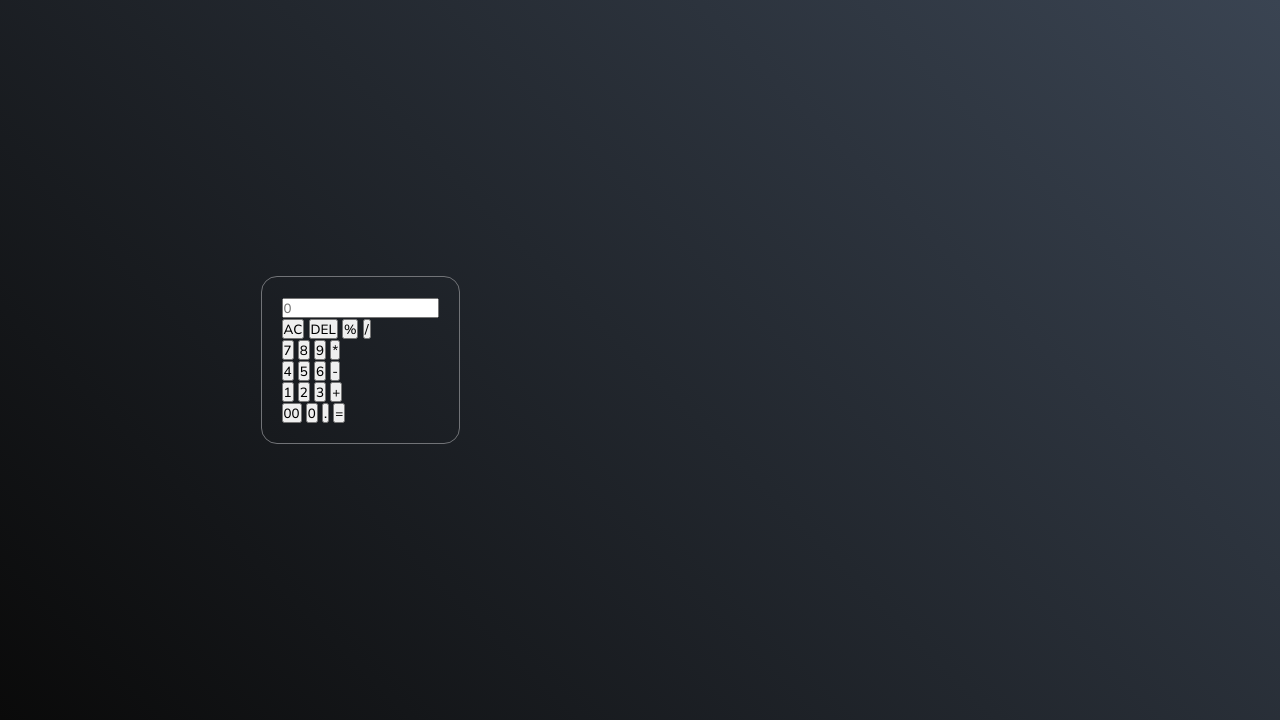
Repository: vaibhav1281/Calculator
Page: index.html
The author's editor kept a copy of each file at every save. The page is drawn from the files as they stood at one save, then again after the next save.
The browser window is 1280 px wide. The pictures show the whole page.

Above is the page before, as saved 2023-05-06 19:59:37.

### index.html
<!DOCTYPE html>
<html lang="en">
<head>
    <meta charset="UTF-8">
    <meta http-equiv="X-UA-Compatible" content="IE=edge">
    <meta name="viewport" content="width=device-width, initial-scale=1.0">
    <title>Calculator - By Vaibhav Saroj</title>
    <link rel="stylesheet" href="styles.css">
</head>
<body>
    <div class="calcurator">
        <input type="text" placeholder="0">
        <div>
            <button>AC</button>
            <button>DEL</button>
            <button>%</button>
            <button>/</button>
        </div>
        <div>
            <button>7</button>
            <button>8</button>
            <button>9</button>
            <button>*</button>
        </div>
        <div>
            <button>4</button>
            <button>5</button>
            <button>6</button>
            <button>-</button>
        </div>
        <div>
            <button>1</button>
            <button>2</button>
            <button>3</button>
            <button>+</button>
        </div>
        <div>
            <button>00</button>
            <button>0</button>
            <button>.</button>
            <button>=</button>
        </div>
    </div>


    <script src="index.js"></script>
</body>
</html>

### styles.css
@import url('https://fonts.googleapis.com/css2?family=Be+Vietnam+Pro:wght@100&family=Mulish:wght@500&display=swap');

*{
    margin: 0;
    padding: 0;
    box-sizing: border-box;
    font-family: 'Be Vietnam Pro', sans-serif;
    font-family: 'Mulish', sans-serif;
}
body{
    width: 100vh;
    height: 100vh;
    display: flex;
    justify-content: center; /* It's move horizontally*/
    align-items: center; /*It's move vertically*/
    background: linear-gradient(45deg , #0a0a0a ,#3a4452);
}
.calcurator{
    border: 1px solid #717377;
    padding: 20px;
    border-radius: 16px;
    background: transparent;
    box-shadow: 0px 10px 15x rgba(113, 115, 119, 0.5 );
}

Loaded but not shown: index.js (no copy from this time; the picture is the same without it)

After the next save:
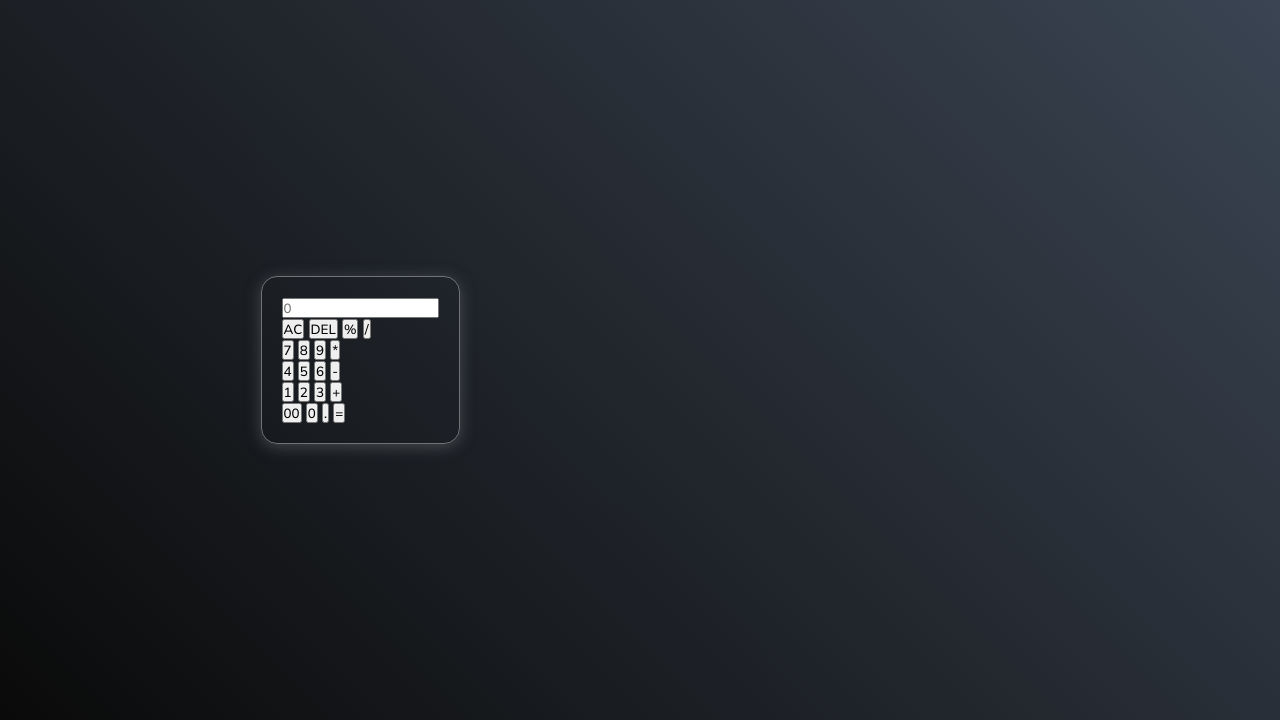
Saved 3 min 21 s later.
--- a/styles.css
+++ b/styles.css
@@ -20,5 +20,5 @@
     padding: 20px;
     border-radius: 16px;
     background: transparent;
-    box-shadow: 0px 10px 15x rgba(113, 115, 119, 0.5 );
+    box-shadow: 0px 3px 15px rgba(113, 115, 119, 0.5);
 }

After the save that followed:
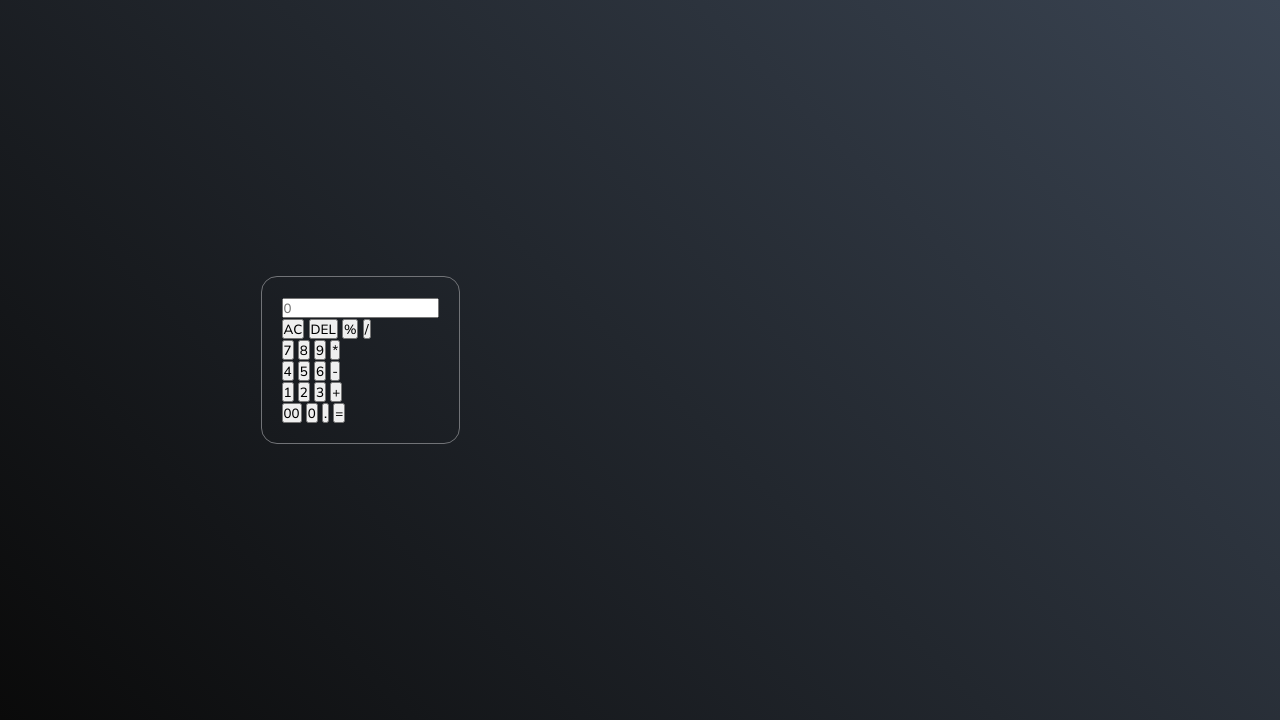
Saved 32 s later.
--- a/styles.css
+++ b/styles.css
@@ -20,5 +20,5 @@
     padding: 20px;
     border-radius: 16px;
     background: transparent;
-    box-shadow: 0px 3px 15px rgba(113, 115, 119, 0.5);
+    box-shadow: 0px 10px 15x rgba(113, 115, 119, 0.5 );
 }
